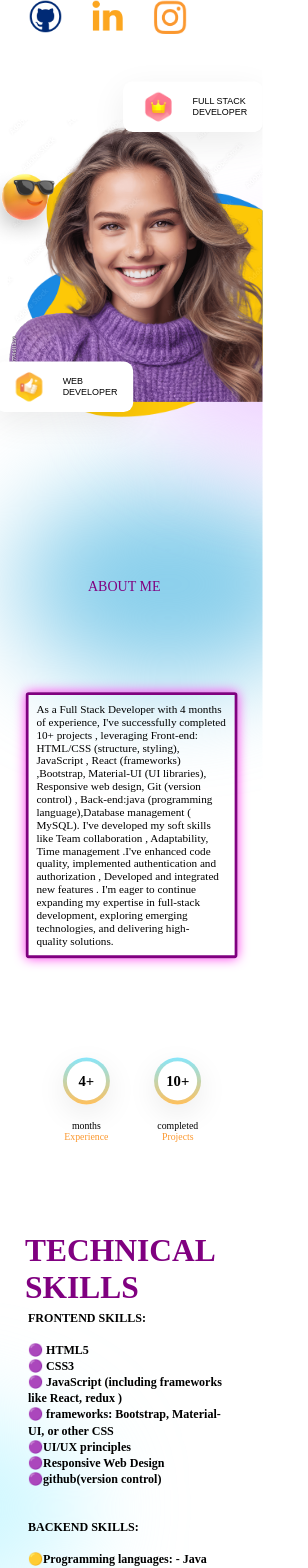
Repository: glorysandy/Protfolio
Page: /
The author's editor kept a copy of each file at every save. The page is drawn from the files as they stood at one save, then again after a run of saves.
The browser window is 375 px wide. The page is 440 px wide, so the pictures cover 440 px, including what lies to the right of the window. The pictures show the part of the page from y = 695 to 2935 px (the page is 7463 px tall), at 70% of full size.
Some web fonts or font styles are not loaded; a fallback is used. The project was rebuilt for these pictures with package versions that can differ from the ones it lists, and the page was loaded fresh each time. Imported but missing from the stored project, and not drawn on this page: src/components/Services/SANDHIYA.P (RESUME).pdf.

Above is the page before, as saved 2024-10-17 16:13:13.

### public/index.html
<!DOCTYPE html>
<html lang="en">
  <head>
    <meta charset="utf-8" />
    <link rel="icon" href="%PUBLIC_URL%/favicon.ico" />
    <meta name="viewport" content="width=device-width, initial-scale=1" />
    <meta name="theme-color" content="#000000" />
    <meta
      name="description"
      content="Web site created using create-react-app"
    />
    <style>
      @font-face{
        font-family: Gumela;
        src:url('../src/fonts/*');
      }
      *{
        font-family: 'Gumela';
        font-weight:normal ;
        font-size: 20px;

      }
      body{
        margin: 0;
      }
    </style>
    <link rel="apple-touch-icon" href="%PUBLIC_URL%/logo192.png" />
    <!--
      manifest.json provides metadata used when your web app is installed on a
      user's mobile device or desktop. See https://developers.google.com/web/fundamentals/web-app-manifest/
    -->
    <link rel="manifest" href="%PUBLIC_URL%/manifest.json" />
    <!--
      Notice the use of %PUBLIC_URL% in the tags above.
      It will be replaced with the URL of the `public` folder during the build.
      Only files inside the `public` folder can be referenced from the HTML.

      Unlike "/favicon.ico" or "favicon.ico", "%PUBLIC_URL%/favicon.ico" will
      work correctly both with client-side routing and a non-root public URL.
      Learn how to configure a non-root public URL by running `npm run build`.
    -->
    <title>React App</title>
  </head>
  <body>
    <noscript>You need to enable JavaScript to run this app.</noscript>
    <div id="root"></div>
    <!--
      This HTML file is a template.
      If you open it directly in the browser, you will see an empty page.

      You can add webfonts, meta tags, or analytics to this file.
      The build step will place the bundled scripts into the <body> tag.

      To begin the development, run `npm start` or `yarn start`.
      To create a production bundle, use `npm run build` or `yarn build`.
    -->
  </body>
</html>

### src/components/Navbar/Navbar.jsx
import React from "react";
import Toggle from "../Toggle/Toggle";
import "./Navbar.css";
import { Link } from "react-scroll";
const navbar = () => {
  return (
    <div className="n-wrapper" id="Navbar">
      {/* left */}
      <div className="n-left">
        <div className="n-name">MODE</div>
        <Toggle />
      </div>
      {/* right */}
      <div className="n-right">
        <div className="n-list">
          <ul style={{ listStyleType: "none" }}>
            <li>
              <Link activeClass="active" to="Navbar" spy={true} smooth={true}>
                HOME
              </Link>
            </li>
            <li>
              <Link to="testimonial" spy={true} smooth={true}>
                ABOUT
              </Link>
            </li>
            <li>
              <Link to="works" spy={true} smooth={true}>
                SKILLS
              </Link>
            </li>
            <li>
              <Link to="portfolio" spy={true} smooth={true}>
                PROJECTS
              </Link>
            </li>
            <li>
              <Link to=" services" spy={true} smooth={true}>
                RESUME
              </Link>
            </li>
          </ul>
        </div>
        <Link to="contact" spy={true} smooth={true}>
        <button className="button n-button">CONTACT</button>
        </Link>
      </div>
    </div>
  );
};

export default navbar;

### src/components/Testimonials/Testimonial.jsx
import React from "react";
import "./Testimonial.css";
import back from  "../../img/Hand coding-rafiki.png";
import { width } from "@fortawesome/free-brands-svg-icons/fa42Group";
const Testimonial = () => {

  return (
    <div className="t-wrapper" id="testimonial">
      <div className="t-heading" style={{marginLeft:"95vh" ,marginTop:"35vh"}}>
        <span>ABOUT </span>
        <span>ME </span>
      <div className="blur t-blur1" style={{ background: "var(--purple)" }}></div>
      <div className="blur t-blur2" style={{ background: "skyblue" }}></div>
      <div className="blur t-blur3" style={{ background: "voilet" }}></div>
       <div className="t-back"  >
       <img
          src={back}
          alt=""
        />
</div> <div className="t-sen" style={{fontSize:"1.6rem",fontWeight: "7rem",  position: "absolute", marginTop: "-100vh" ,marginLeft: "-48px",marginRight: "18px"
}}> <span>As a Full Stack Developer with 4 months of experience, I've   successfully completed 10+ projects , leveraging Front-end:  HTML/CSS (structure, styling), JavaScript , React (frameworks) ,Bootstrap, Material-UI (UI libraries), Responsive web design, Git (version control)
, Back-end:java (programming language),Database management ( MySQL). I've developed my soft skills like Team collaboration , Adaptability, Time management .I've enhanced code quality, implemented authentication   and authorization
,  Developed and integrated new features
. I'm eager to continue expanding my expertise in full-stack development, exploring emerging technologies, and delivering high-quality solutions.</span></div> </div>

<div className="head"> <span> ABOUT ME</span></div>

    <div className="dup">
    <span>As a Full Stack Developer with 4 months of experience, I've   successfully completed 10+ projects , leveraging Front-end:  HTML/CSS (structure, styling), JavaScript , React (frameworks) ,Bootstrap, Material-UI (UI libraries), Responsive web design, Git (version control)
, Back-end:java (programming language),Database management ( MySQL). I've developed my soft skills like Team collaboration , Adaptability, Time management .I've enhanced code quality, implemented authentication   and authorization
,  Developed and integrated new features
. I'm eager to continue expanding my expertise in full-stack development, exploring emerging technologies, and delivering high-quality solutions.</span>


      </div>

       </div>

  );
};

export default Testimonial;

### src/components/Experience/Experience.jsx
import React, { useContext } from "react";
import { themeContext } from "../../Context";
import "./Experience.css";
const Experience = () => {
  const theme = useContext(themeContext);
  const darkMode = theme.state.darkMode;

  return (
    <div className="experience" id='experience'>
      <div className="achievement">
        {/* darkMode */}
        <div className="circle" style={{color: darkMode?'var(--orange)':''}}>4+</div>
        <span  style={{color: darkMode?'white':''}}>months </span>
        <span>Experience</span>
      </div>
      <div className="achievement">
        <div className="circle" style={{color: darkMode?'var(--orange)':''}}>10+</div>
        <span  style={{color: darkMode?'white':''}}>completed </span>
        <span>Projects</span>
      </div>
    </div>
  );
};

export default Experience;

### src/components/Portfolio/Portfolio.jsx
import React, { useContext } from "react";
import "./Portfolio.css";
import { Swiper, SwiperSlide } from "swiper/react"
import "swiper/css";
import pro from "../../img/pro 1 copy.jpg";
import pro2 from "../../img/pro2.jpg";
import HOC from "../../img/hoc.png";
import pro3 from "../../img/pro3.jpg";
import { themeContext } from "../../Context";

const Portfolio = () => {
  const theme = useContext(themeContext);
  const config ={
    social:{
      pro1:'https://project-1-nerolac.vercel.app/',
      pro2:'https://rock-paper-scissors-phi-puce.vercel.app/',
      pro3:'https://sliding-puzzle-jade.vercel.app/',
    }
}

  const darkMode = theme.state.darkMode;
  return (
    <div className="portfolio" id="portfolio">
            <div className="blur t-blur2" style={{ background: "skyblue" }}></div>
      <div className="blur t-blur2" style={{ background: "voilet" }}></div>

      {/* heading */}
      <span style={{color: darkMode?'white': ''}}>Recent Projects</span>
      <span>Portfolio</span>



      {/* slider */}
      <Swiper
        spaceBetween={30}
        slidesPerView={3}
        grabCursor={true}
        className="portfolio-slider"
      ><div className="silde">


        <SwiperSlide>
          <div >
       <a href={config.social.pro1}  ><img src={pro} alt="" /></a>
          </div>
        </SwiperSlide>
        <SwiperSlide>
          <div>
          <a href={config.social.pro2}  ><img src={pro2} alt="" /></a>
          </div>
        </SwiperSlide>
        <SwiperSlide>
        <div>
        <a href={config.social.pro3}  ><img src={pro3} alt="" /></a>
        </div>
        </SwiperSlide>
        <SwiperSlide>
          <div>

          </div>
          <img src={HOC} alt="" />
        </SwiperSlide></div>
      </Swiper>

    </div>
  );
};

export default Portfolio;

### src/components/Contact/Contact.jsx
import React, { useContext, useRef, useState } from "react";
import "./Contact.css";
import emailjs from '@emailjs/browser';
import { themeContext } from "../../Context";

const Contact = () => {
  const theme = useContext(themeContext);
  const darkMode = theme.state.darkMode;
  const form = useRef();
  const [done, setDone] = useState(false)
  const sendEmail = (e) => {
    e.preventDefault();

    emailjs
      .sendForm(
        "service_y60teja",
        "template_4kj4n7i",
        form.current,
        "ORKOyUiaYznGkr2zZ"
      )
      .then(
        (result) => {
          console.log(result.text);
          setDone(true);


        },
        (error) => {
          console.log(error.text);
        }
      );
  };

  return (
    <div className="contact-form" id="contact">
      {/* left side copy and paste from work section */}

      <div className="w-left">
        <div className="awesome">
          {/* darkMode */}
          <span style={{color: darkMode?'white': ''}}>Get in Touch</span>
          <span style={{color:"purple"}}>Contact me</span>
          <div
            className="blur s-blur1"
            style={{ background: "#ABF1FF94" }}
          ></div>
        </div>
      </div>
      {/* right side form */}
      <div className="c-right">
      <form ref={form}  onSubmit={sendEmail}>
          <input type="text" name="user_name" className="user"  placeholder="NAME"/>
          <input type="email" name="user_email" className="user" placeholder="EMAIL"/>
          <textarea name="message" className="user" placeholder="MESSAGE"/>
          <input  type="submit" value="Send" className="button"/>
          <span  className="c-t">{done && "Thanks for Contacting me"}</span>  </form>
          <div
            className="blur c-blur1"
            style={{ background: "var(--purple)" }}
          ></div>


      </div>
      </div>

  );
};

export default Contact;

### src/components/Footer/Footer.jsx
import React from "react";
import "./Footer.css";
import Git from "../../img/git3.png";
import ins from "../../img/mylink.png";
import end from "../../img/end.png";
import wave2 from "../../img/AdobeStock_559187959 copy.png";
import { width } from "@fortawesome/free-brands-svg-icons/fa42Group";
const Footer = () => {

  const config ={
    social:{
      Github:'https://github.com/glorysandy',
      LinkedIn:'https://www.linkedin.com/in/sandhiya-parasuraman-822719298/',

    }
}


  return (
    <div className="footer">
     <img src={wave2} alt="" style={{ width: "100%", height: "80%",  marginTop:"-2vh"}} />

     <div className="blur t-blur1" style={{ background: "var(--purple)" }}></div>
      <div className="blur t-blur2" style={{ background: "var(--purple)" }}></div>
      <div className="f-content"  >
        <div>        <span > EMAIL ID: samuve0842@gmail.com</span> <br></br> <br></br> <br></br>
        <span>PHONE NO: 9043545860</span>
        </div>
        <div className="f-back"  >
       <img
          src={end}
          alt=""
        />
        </div>

        <div className="f-icons" >

          <a href={config.social.LinkedIn} ><img src={ins} alt="" /></a>
          <a href={config.social.Github}><img src={Git} alt=""/></a>
        </div>

      </div>
      </div>
  );
};

export default Footer;

### src/components/Toggle/Toggle.jsx
import React, { useContext } from "react";
import "./Toggle.css";
import Moon from "@iconscout/react-unicons/icons/uil-moon";
import Sun from "@iconscout/react-unicons/icons/uil-sun";
import { themeContext } from "../../Context";

const Toggle = () => {
  const theme = useContext(themeContext);
  const darkMode = theme.state.darkMode;
  const handleClick = () => {
    // debugger
    theme.dispatch({ type: "toggle" });
  };
  return (
    <div className="toggle" onClick={handleClick}>
      <Moon />
      <Sun />
      {/*                              toggle.css mein left ki property aik assign hy ussy delete
                                          krna hy pehly */}
      <div
        className="t-button"
        style={darkMode ? { left: "2px" } : { right: "2px" }}
      ></div>
    </div>
  );
};

export default Toggle;

### src/components/Navbar/Navbar.css
.n-wrapper {
  height: 10vh;
  display: flex;
  justify-content: space-between;
  margin-bottom: 2rem;
  top: 0;
}
.n-left {
  flex: 1;
  align-items: center;
  justify-content: left;
  display: flex;
  gap: 2rem;

}
.n-name {
  font-size: 1.3rem;
  font-weight: bold;
}
.n-right {
  flex: 1;
  display: flex;
  align-items: center;
  justify-content: flex-end;
  font-weight: 400;

}
.n-right :hover{
  color: rgb(165, 0, 137);


}
.n-list {
  flex: 10;
}
.n-list > ul {
  display: flex;
  gap: 2rem;
  margin-right: 4rem;
}

.n-list > ul :hover {
  color: var(--orange);
  cursor: pointer;


}

.n-button {
  flex: 2;

}

@media screen and (max-width: 480px) {
  .n-list {
    display: none;
  }
}

### src/components/Intro/Intro.css
.Intro {
  display: flex;
  height: 77vh;
  margin-top: 6rem;
}

/* left side styling */
.i-left {
  display: flex;
  position: relative;
  flex: 1;
  flex-direction: column;
  gap: 2rem;
}
.i-name {
  display: flex;
  flex-direction: column;
  gap: 0.25rem;
}
.i-name > :nth-child(1) {
  color: rgb(243, 188, 6);
  font-weight: bold;
  font-size: 3rem;
}
.i-name > :nth-child(2) {
  color: rgb(136, 7, 136);

  font-weight: bold;
  font-size: 2.9rem;
}
.i-name > :nth-child(3) {
  font-weight: 100;
  font-size: 17px;
  color: var(--gray);
  margin-top: 10px;
}
.i-button {
  width: 6rem;
  height: 2rem;

}
.i-button:hover{
  color: rgb(121, 1, 101);
  background-color: rgb(226, 80, 255);
  box-shadow: 0 0 20px rgb(255, 53, 238);

}
.i-icons {
  margin-top: 3rem;
  display: flex;
  gap: 0rem;
}
.i-icons > * {
  transform: scale(0.5);
}
.i-icons > *:hover {
  cursor: pointer;
  color: rgb(121, 1, 101);
  background-color: rgb(226, 80, 255);
  box-shadow: 0 0 20px rgb(255, 53, 238);


}
/* right side styling */
.i-right {
  flex: 1;
  position: relative;
}
.i-right > * {
  position: absolute;
  z-index: 1;
}
.i-right > :nth-child(1) {
  transform: scale(0.69);
  left: -15%;
  top: -9%;
}
.i-right > :nth-child(2) {
  top: -4.6rem;
  transform: scale(0.67);
  left: -3rem;
}
.i-right > :nth-child(3) {
  transform: scale(1.4);
  width: 18rem;
  height: 18rem;
  left: 28%;
}
.i-right > :nth-child(4) {
  transform: scale(0.62);
  top: -19%;
  left: -24%;
  border-radius: 50%;
  padding: 0;
}

/* blur */
.blur {
  position: absolute;
  width: 22rem;
  height: 14rem;
  border-radius: 50%;
  background: #edd0ff;
  filter: blur(212px);
  z-index: -9;
  top: -18%;
  left: 56%;
  filter: blur(72px);
}

@media screen and (max-width: 480px) {
  .Intro {
    flex-direction: column;
    gap: 7rem;
    height: 43rem;
  }

  .i-right {
    transform: scale(0.8);
    left: -3rem;
  }
  .i-right .blur {
    display: none;
  }
  .floating-div:nth-of-type(1){
    /* display: none; */
    top: -7rem !important;;
  }
}

### src/components/Testimonials/Testimonial.css
.t-wrapper{
    padding:  0 3rem 0 3rem;;
    height: 100vh;
    display: flex;
    align-items: center;
    justify-content: center;
    margin-top: 7rem;
    flex-direction: column;
    gap: 2rem;
    position: relative;


}
.t-heading{
    align-self: start;

}
.t-heading>*{
    font-size: 2rem;
    font-weight: bold;

}
.t-heading span:nth-of-type(2){
    color: rgba(170, 0, 170, 0.733);
}
.head{
    margin-left: -90vh;
    margin-top: -1rem;
    font-size: 20vh;
    color: purple;
    font-weight: bold;
    display: none;
}
.t-blur1{
    left: 38rem;
    top: 16rem;
}
.t-blur2{
    top: 9rem;
    left: 0;
}
.t-back{
    display: flex;
    position: relative;
    width: 35rem;
    height:35rem;
    left:-115vh;
    top:-3rem;
}
.t-sen{
font-size:1.6rem;
}
.t-sen:hover{
cursor: pointer;
color: rgb(121, 1, 101);
box-shadow: 0 0 20px rgb(255, 53, 238);
padding: 0.7rem;
border-radius: 5px;
}
.dup{
    display: none;

}
.dup{
    cursor: pointer;
    color: rgb(121, 1, 101);
    box-shadow: 0 0 20px rgb(255, 53, 238);
    padding: 0.7rem;
    border-radius: 5px;

}
@media screen and (max-width: 480px) {

    .t-back{
        flex-direction: column;
        transform: scale(0.6);
        margin-left:  -115px;
        gap:5rem;
        height: 64rem;
        margin-top: -70vh;
        position: relative;
        display: none;
    }
    .head{
        margin-top: ;
        padding: 1rem;
        display: flex;
        margin-left: -20px;
    font-size: 20rem;
    font-weight: bolder;
    }
    .dup  {

        display: flex;
        margin-top: 4vh;
        transform: scale(0.8);
        border: 5px solid purple;
        color: black;
        width: 340px;
        justify-content: start;
    }
    .c-t{
        transform: scale(0.7);
        margin-top: -2rem;
    }
}

### src/components/Experience/Experience.css
.experience {
  display: flex;
  align-items: center;
  justify-content: center;
  gap: 5rem;
  height: 30vh;
  margin-bottom: 8rem;
  /* darkmode */
  color: var(--black);
  margin-top: 15vh;
}
.achievement{
    display: flex;
    flex-direction: column;
    align-items: center;
}
.circle {

    width: 4rem;
    height: 4rem;
    background: white;
    border-radius: 100%;
    position: relative;
    display: flex;
    align-items: center;
    justify-content: center;
    font-size: 1.5rem;
    font-weight: bold;
    margin-bottom: 2rem;
}
.circle::before {
    border-radius: 100%;
    content: '';
    background-image: linear-gradient(to bottom, #87e6fb 0%, #ffc05c 100%);
    top: -8px;
    left: -8px;
    bottom: -8px;
    right: -8px;
    position: absolute;
    z-index:-1;
    box-shadow: var(--boxShadow);
}

.achievement span:nth-of-type(2){
    color: var(--orange);
}


@media screen and (max-width: 480px) {
    .experience{
        transform: scale(0.7);
        margin-top: 7rem;
    }
}

### src/components/Works/Works.css
.works {
  padding: 0 3rem 0 3rem;
  display: flex;
  height: 90vh;
  margin-top: -3rem;

  /* scroll */
  align-items: center;
}
/* left side */
.awesome {
  display: flex;
  flex-direction: column;
  position: relative;
}
.tex:hover{
cursor: pointer;
color: rgb(121, 1, 101);
box-shadow: 0 0 20px rgba(255, 147, 246, 0.89);
background-color: rgba(204, 0, 245, 0.068);
padding: 2.2rem;
}
.k-button {

  width: 8rem;
  height: 2rem;
  top: 4rem;
}

/* right side */
.w-right {
  position: relative;
}

.w-mainCircle {
  left: 9rem;
  position: relative;
  width: 18rem;
  height: 18rem;
  border-radius: 100%;
  box-shadow: var(--smboxShadow);
  top: 2rem;
  background: white;
  /* darkMode */
  z-index: 2;
}
.w-mainCircle > * {
  position: absolute;
}
.w-mainCircle > :nth-child(1) {
  top: -3rem;
  left: 6rem;
}
.w-mainCircle > :nth-child(2) {
  left: -3rem;
  top: 5rem;
}
.w-mainCircle > :nth-child(3) {
  left: 6rem;
  top: 5rem;
}
.w-mainCircle > :nth-child(4) {
  left: 15rem;
  top: 5rem;
}
.w-mainCircle > :nth-child(5) {
  left: 6rem;
  top: 13rem;
}
.w-secCircle {
  width: 6.5rem;
  height: 6.5rem;
  position: absolute;
  border-radius: 100%;
  border: 5px solid #ebebeb;
  display: flex;
  align-items: center;
  justify-content: center;
  background: "none";
  box-shadow: var(--smboxShadow);
  background: white;
}

.w-secCircle > img {
  transform: scale(0.6);
}

.w-backCircle {
  position: absolute;
  height: 13rem;
  width: 13rem;
  border-radius: 100%;
  /* darkMode */
  z-index: 1;
}
.blueCircle {
  background: #1949b8;
  left: 18rem;
  top: 0rem;
}
.yellowCircle {
  background: #f5c32c;
  left: 18rem;
  top: 8rem;
}

@media screen and (max-width: 480px) {
  .works {
    flex-direction: column;
  height: 220vh;
    padding: 1rem;
    gap: 5rem;
    position: relative
    ;
    margin-top: -6rem;
  }
  .awesome > :nth-child(2){
    position: relative;
    transform: scale(0.9);

    margin-left: -20px;
  }
 .awesome > :nth-child(3){

  transform: scale(1.0);
font-size: 0.5rem;
display: contents;
margin-left: 5rem;

}
.k-button{
  gap: 1rem;
  margin-top: 2vh;
  margin-left: 1rem;
}
  .w-right {
    display: flex;
    align-items: flex-start;
    justify-content:start;
    transform: scale(0.7);

  }
  .w-mainCircle{
    position: static;
  }
  .w-backCircle{
    left: 8rem!important;
  }

}

### src/components/Portfolio/Portfolio.css
.portfolio {
  display: flex;
  align-items: center;
  justify-content: center;
  flex-direction: column;
  height: 70vh;
margin-top: 3rem;;
}
/* heading */
.portfolio span:nth-of-type(1) {
  color: var(--black);
  font-size: 2rem;
  font-weight: bold;
}

.portfolio span:nth-of-type(2) {
  color: purple;
  font-size: 2.5rem;
  font-weight: bold;
}

/* slider */
.portfolio .swiper{
    overflow: visible!important;
}

.portfolio-slider {
  margin-top: 6rem;
  width: 100%;
}

.portfolio-slider .swiper-slide {
  width: 20rem;
}
.portfolio img {
  width: 19rem;
  filter: drop-shadow(-12px 15px 13px rgba(0, 0, 0, 0.25));
  border-radius: 19px;
}
.slide{
  cursor: pointer;
  background-color: rgb(1, 12, 22);
}
.s-blur2 {
  left: 14rem;
  top: 8rem;
}

.s-blur1 {
  top: 13rem;
  left: -18rem;
}

### src/components/Services/Services.css
.services {
  padding: 0 3rem 0 3rem;
  display: flex;
  height: 30rem;
  margin-bottom: 8rem;
  margin-top: 5rem;
  margin-bottom: 13rem;
  /* scroll view */
  padding-top: 3rem;
}
/* left side */
.awesome {
  display: flex;
  flex-direction: column;
  position: relative;
  /* gap: 20px; */
}

.awesome > :nth-child(1) {
  color: var(--black);
  font-size: 2.5rem;
  font-weight: bold;
}
.awesome > :nth-child(2) {
  color: purple;
  font-size: 2.5rem;
  font-weight: bold;
}
.awesome > :nth-child(3) {
  color: var(--gray);
  font-size: 14px;
  margin-top: 1rem;
}
.s-back{
  display: flex;
  position: relative;
  height: 80vh;
  width: 80vh;
  margin-left: -130px;
  margin-top: -3rem;
}

.s-button {
  width: 10rem;
  height: 2.4rem;
  margin-top: -0.3rem;
font-weight: 600;
}
/* right sided */
.cards {
  position: relative;
  left: 32vh;
}
.cards > * {
  position: absolute;
}

/* blur */
.s-blur2 {
  left: 14rem;
  top: 8rem;
}

.s-blur1 {
  top: 13rem;
  left: -18rem;
}

@media screen and (max-width: 480px) {
  .services {
    margin-top: 4rem;
    flex-direction: column;
    gap: 5rem;
    height: 66rem;
    padding: 2px;
  }
.s-back{
  transform: scale(0.8);
  padding: 1rem;
}
  .cards {
    display: flex;
    flex-direction: column;
    gap: 17rem;
  }
  .cards > * {
    position: static;
  }
  .s-button{
    justify-content: center;
    margin-left: 4rem;
  }
}

### src/components/Contact/Contact.css
.contact-form{
    padding: 0 3rem 0 3rem;
    display: flex;
    height: 80vh;
    margin-top: 1rem;
      /* scroll */
  padding-top: 3rem;
}


.c-right{
    display: flex;
    justify-content: center;
    position: relative;
    flex: 1;
}

.c-right>form
{
    display: flex;
    flex-direction: column;
    gap: 2rem;
    align-items: center;

}

.c-right .user{
    width: 20rem;
    height: 2rem;
    padding: 0.3em;
    outline: none;
    border: 4px solid purple;
    border-radius: 8px;
    font-size: 16px;

}

.user:hover{
    border: 4px solid purple ;
    background-color: rgb(245, 194, 255);
    box-shadow: 0 0 20px rgb(255, 170, 248);
cursor: pointer;
}
textarea{
    height: 4rem!important;
}

.c-blur1{
    top: 1rem;
    left: 8rem;
}

@media screen and (max-width: 480px) {
    .contact-form{
        padding: 1rem;
        flex-direction: column;
        gap: 5rem;
        height: 40rem;
        margin-top: 20rem;
    }
    .c-right .user{
        width: 16rem;

    }

}   .c-right .button{
    position: static;
}

### src/components/Footer/Footer.css
.footer {
  display: flex;
  align-items: center;
  margin: -0.5rem -3.5rem;
  position: relative;
  margin-top: -7rem;

}

.f-content {
  position: absolute;
  display: flex;
  align-items: center;
  justify-content: center;
  flex-direction: column;
  width: 100%;
  margin-top: 2rem;
  gap: 4rem;
  color: rgb(143, 0, 143);
  font-weight: 700;
  font-size: 10rem;
}
.f-ip{
  display: flex;
  position: relative;
  width: 5rem;
  height:5rem;

}
.f-icons {
  display: flex;
  gap: 2rem;
  margin-top: -3rem;
  margin-left: -60px;
}
.f-icons:hover{
color:rgb(254, 255, 176);
cursor: pointer;
}
.f-back{
  position: absolute;
  margin-left: -120vh;
  margin-top: -6rem;
}
@media screen and (max-width: 480px){
  .footer{
    margin-top: -8rem;
  }
  .f-content{
    transform: scale(.5);
    margin-left: 20px;
    margin-top: -0.5rem;


  }
  .f-back{
    transform: scale(0.65);
   margin-left: -570px;
  }
}

### src/components/Toggle/Toggle.css
.toggle{
    display: flex;
    justify-content:space-between;
    border: 3px solid var(--purple);
    border-radius: 1rem;
    position: relative;
    padding: 2px;
    cursor: pointer;

}
.toggle>*{
    width: 1rem;
    height: 1rem;
    color: purple;
}
.t-button{
    border-radius: 100%;
    background: var(--purple );
    position: absolute;
}
.t-button:hover{
    background: linear-gradient(180deg, #e600e6 26.71%, #9f00be 99.36%);
    box-shadow: 0px 20px 24px 3px rgba(184, 0, 144, 0.42);

}

### src/components/Card/Card.css
.card {
  width: 10rem;
  height: 13rem;
  position: absolute;
  display: flex;
  flex-direction: column;
  gap: 1rem;
  align-items: center;
  width: 10rem;
  text-align: center;
  background: rgba(255, 255, 255, 0.26);
  border: 8px solid rgba(150, 0, 150, 0.815);
  box-shadow: var(--boxShadow);
  border-radius: 20px;
  padding: 0px 26px 2rem 26px;
}
.card span:nth-of-type(2) {
  color: var(--gray);
  font-size: 16px;
}
.card > img {
  transform: scale(0.6);
  margin-bottom: -2rem;
}
.c-button {
    background: #FFFFFF;
    box-shadow: 0px 19px 60px rgba(0, 0, 0, 0.08);
    border-radius: 7px;
    border: none;
    padding: 10px;
    font-size: 16px;
    color: #5290FD;
}

.c-button:hover{
    transform: scale(1.1);
    cursor: pointer;
}
/* cards */




@media screen and (max-width: 480px){
  .card{
    width: 240px;
    margin-left: -140px;
    justify-content: center;
    padding: 1 rem;
  }
}

Loaded but not shown: src/index.js (common file); src/App.js (common file); src/Context.js (common file); src/App.css (common file); src/components/FloatingDiv/FloatingDiv.jsx (common file); src/components/Card/Card.jsx (common file); src/components/FloatingDiv/FloatingDiv.css (common file); src/components/Intro/Intro.jsx (109 lines, source omitted); src/components/Works/Works.jsx (95 lines, source omitted); src/components/Services/Services.jsx (95 lines, source omitted)

After the next 2 saves:
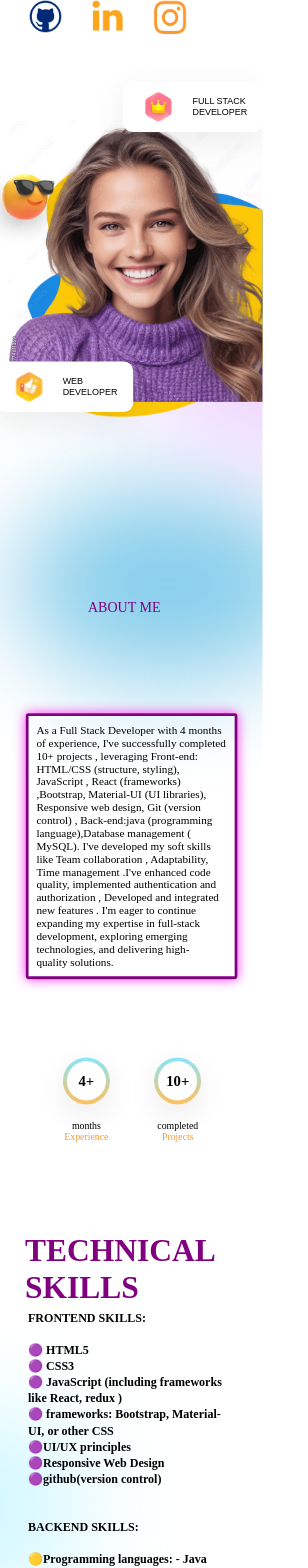
The 2 saves are shown as one change because they came seconds apart.
The last was saved 5 s later.
--- a/src/components/Testimonials/Testimonial.css
+++ b/src/components/Testimonials/Testimonial.css
@@ -82,7 +82,7 @@ border-radius: 5px;
         display: none;
     }
     .head{
-        margin-top: ;
+        margin-top: 2rem;
         padding: 1rem;
         display: flex;
         margin-left: -20px;
